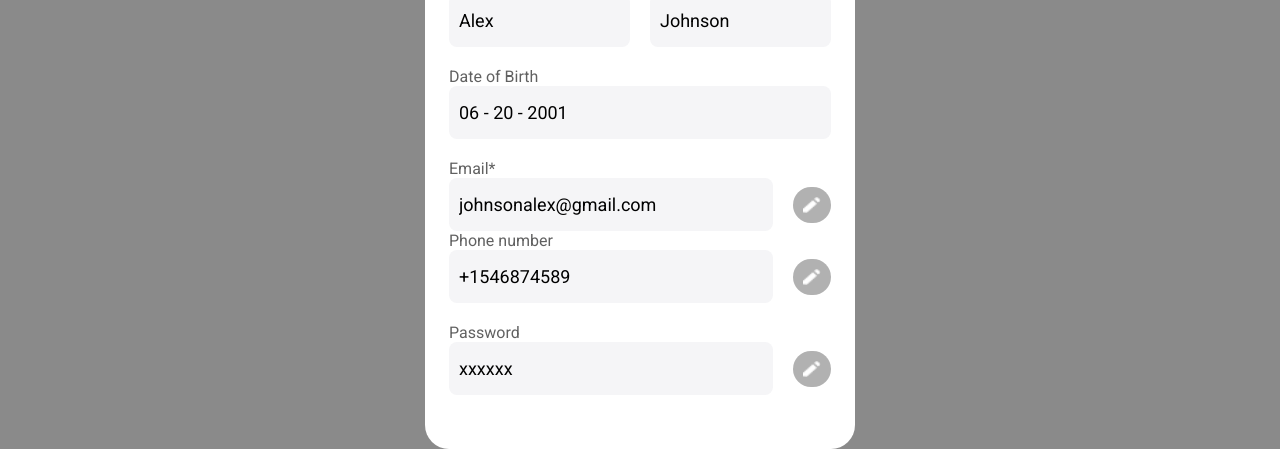
Repository: AytacSafarova/Task-figma-ui
Page: index.html
These files come from the project's save history. The page is drawn as it stood at one moment and after a run of saves; the edit follows.
The browser window is 1280 px wide. The pictures show the part of the page from y = 300 to 769 px (the page is 749 px tall before and 769 px after).

Above is the page before, as saved 2023-02-25 17:13:12.

After the next 2 saves:
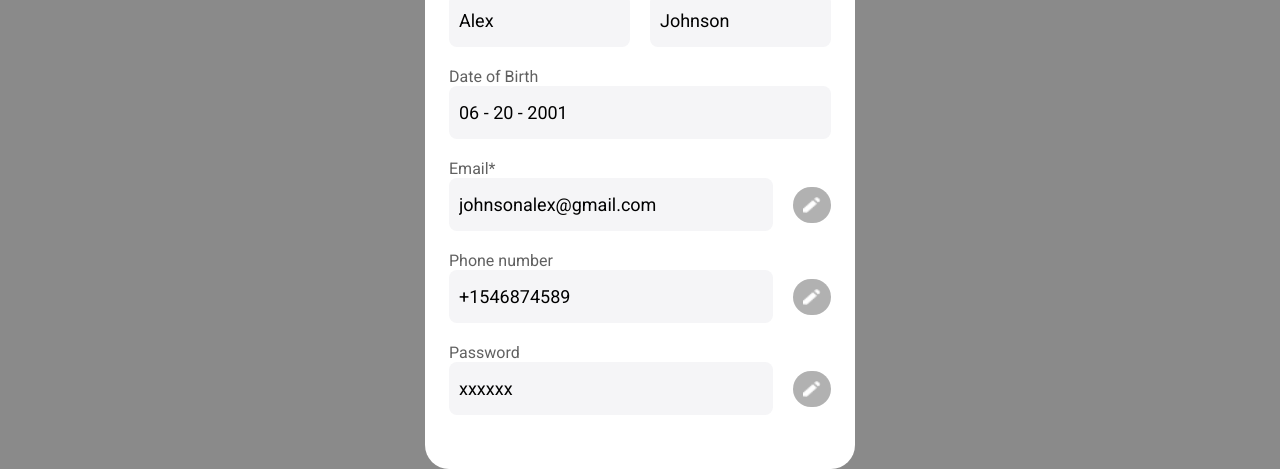
The 2 saves are shown as one change because they came seconds apart.
The last was saved 8 s later.
--- a/index.html
+++ b/index.html
@@ -55,7 +55,7 @@
         <div class="collaj">
 
 
-                <div class="inputLabel">
+                <div class="inputLabel collaj">
             <label> Email* </label>
             <div class="iconCollaj">
 
